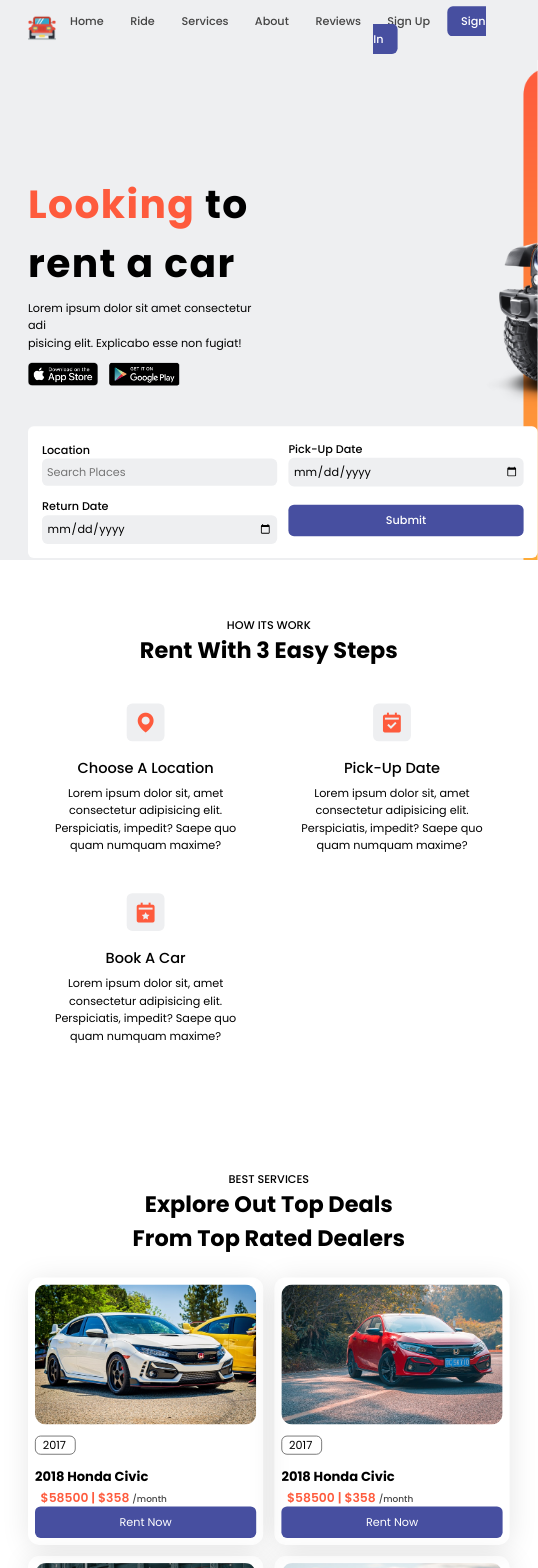
Repository: douglasabnovato/car-rental
Page: index.html
These files come from the project's save history. The page is drawn as it stood at one moment and after the next save; the edit follows.
The browser window is 768 px wide. The pictures show the part of the page from y = 0 to 2240 px (the page is 4778 px tall), at 70% of full size.

Above is the page before, as saved 2025-05-16 21:31:53.

### index.html
<!DOCTYPE html>
<html lang="en">
  <head>
    <meta charset="UTF-8" />
    <meta name="viewport" content="width=device-width, initial-scale=1.0" />
    <title>Car Rental</title>
    <link
      rel="stylesheet"
      href="https://cdn.jsdelivr.net/npm/boxicons@latest/css/boxicons.min.css"
    />
    <link rel="stylesheet" href="./style.css" />
  </head>
  <body>
    <!-- Header -->
    <header>
      <a href="#" class="logo"
        ><img src="./assets/jeep.png" alt="logo da car rental" srcset=""
      /></a>
      <div class="bx bx-menu" id="menu-icon"></div>
      <ul class="navbar">
        <li><a href="#home">Home</a></li>
        <li><a href="#ride">Ride</a></li>
        <li><a href="#services">Services</a></li>
        <li><a href="#about">About</a></li>
        <li><a href="#reviews">Reviews</a></li>
      </ul>
      <div class="header-btn">
        <a href="#" class="sign-up">Sign Up</a>
        <a href="#" class="sign-in">Sign In</a>
      </div>
    </header>

    <!-- Home -->
    <section class="home" id="home">
      <div class="text">
        <h1>
          <span>Looking</span> to <br />
          rent a car
        </h1>
        <p>
          Lorem ipsum dolor sit amet consectetur adi <br />
          pisicing elit. Explicabo esse non fugiat!
        </p>
        <div class="app-stores">
          <img src="./assets/ios.png" alt="" />
          <img src="./assets/play.png" alt="" />
        </div>
      </div>
      <div class="form-container">
        <form action="">
          <div class="input-box">
            <span>Location</span>
            <input type="search" name="" id="" placeholder="Search Places" />
          </div>
          <div class="input-box">
            <span>Pick-Up Date</span>
            <input type="date" name="" id="" />
          </div>
          <div class="input-box">
            <span>Return Date</span>
            <input type="date" name="" id="" />
          </div>
          <input type="submit" name="" id="" class="btn" />
        </form>
      </div>
    </section>

    <!-- Ride -->
    <section class="ride" id="ride">
      <div class="heading">
        <span>How Its Work</span>
        <h1>Rent With 3 Easy Steps</h1>
      </div>
      <div class="ride-container">
        <div class="box">
          <i class="bx bxs-map"></i>
          <h2>Choose A Location</h2>
          <p>
            Lorem ipsum dolor sit, amet consectetur adipisicing elit.
            Perspiciatis, impedit? Saepe quo quam numquam maxime?
          </p>
        </div>
        <div class="box">
          <i class="bx bxs-calendar-check"></i>
          <h2>Pick-Up Date</h2>
          <p>
            Lorem ipsum dolor sit, amet consectetur adipisicing elit.
            Perspiciatis, impedit? Saepe quo quam numquam maxime?
          </p>
        </div>
        <div class="box">
          <i class="bx bxs-calendar-star"></i>
          <h2>Book A Car</h2>
          <p>
            Lorem ipsum dolor sit, amet consectetur adipisicing elit.
            Perspiciatis, impedit? Saepe quo quam numquam maxime?
          </p>
        </div>
      </div>
    </section>

    <!-- Services -->
    <section class="services" id="services">
      <div class="heading">
        <span>Best Services</span>
        <h1>
          Explore Out Top Deals <br />
          From Top Rated Dealers
        </h1>
      </div>
      <div class="services-container">
        <div class="box">
          <div class="box-img">
            <img src="./assets/car1.jpg" alt="car1" />
          </div>
          <p>2017</p>
          <h3>2018 Honda Civic</h3>
          <h2>$58500 | $358 <span> /month</span></h2>
          <a href="#" class="btn">Rent Now</a>
        </div>

        <div class="box">
          <div class="box-img">
            <img src="./assets/car2.jpg" alt="car1" />
          </div>
          <p>2017</p>
          <h3>2018 Honda Civic</h3>
          <h2>$58500 | $358 <span> /month</span></h2>
          <a href="#" class="btn">Rent Now</a>
        </div>

        <div class="box">
          <div class="box-img">
            <img src="./assets/car3.jpg" alt="car1" />
          </div>
          <p>2017</p>
          <h3>2018 Honda Civic</h3>
          <h2>$58500 | $358 <span> /month</span></h2>
          <a href="#" class="btn">Rent Now</a>
        </div>

        <div class="box">
          <div class="box-img">
            <img src="./assets/car4.jpg" alt="car1" />
          </div>
          <p>2017</p>
          <h3>2018 Honda Civic</h3>
          <h2>$58500 | $358 <span> /month</span></h2>
          <a href="#" class="btn">Rent Now</a>
        </div>

        <div class="box">
          <div class="box-img">
            <img src="./assets/car5.jpg" alt="car1" />
          </div>
          <p>2017</p>
          <h3>2018 Honda Civic</h3>
          <h2>$58500 | $358 <span> /month</span></h2>
          <a href="#" class="btn">Rent Now</a>
        </div>

        <div class="box">
          <div class="box-img">
            <img src="./assets/car6.jpg" alt="car1" />
          </div>
          <p>2017</p>
          <h3>2018 Honda Civic</h3>
          <h2>$58500 | $358 <span> /month</span></h2>
          <a href="#" class="btn">Rent Now</a>
        </div>
      </div>
    </section>

    <!-- About -->
    <section class="about" id="about">
      <div class="heading">
        <span>About Us</span>
        <h1>Best Customer Experience</h1>
      </div>
      <div class="about-container">
        <div class="about-img">
          <img src="./assets/about.png" alt="" />
        </div>
        <div class="about-text">
          <span>About Us</span>
          <p>
            Lorem ipsum dolor sit amet consectetur adipisicing elit. Nemo atque
            quidem excepturi sunt est qui corporis iusto quo nobis vitae
            molestias veniam deleniti fugiat, beatae iste doloribus rerum
            officiis iure voluptates perferendis eaque ratione?
          </p>
          <a href="#" class="btn">Learn More</a>
        </div>
      </div>
    </section>

    <!-- Reviews -->
    <section class="reviews" id="reviews">
      <div class="heading">
        <span>Reviews</span>
        <h1>Whats Our Customer Say</h1>
      </div>
      <div class="reviews-container">
        <div class="box">
          <div class="rev-img">
            <img src="./assets/rev1.jpg" alt="" />
          </div>
          <h2>Someone Name</h2>
          <div class="stars">
            <i class="bx bxs-star"></i>
            <i class="bx bxs-star"></i>
            <i class="bx bxs-star"></i>
            <i class="bx bxs-star"></i>
            <i class="bx bxs-star-half"></i>
          </div>
          <p>
            Lorem ipsum dolor sit amet consectetur adipisicing elit. Explicabo
            qui similique laborum hic molestiae. Quaerat ipsa cum sit.
          </p>
        </div>
        <div class="box">
          <div class="rev-img">
            <img src="./assets/rev2.jpg" alt="" />
          </div>
          <h2>Someone Name</h2>
          <div class="stars">
            <i class="bx bxs-star"></i>
            <i class="bx bxs-star"></i>
            <i class="bx bxs-star"></i>
            <i class="bx bxs-star"></i>
            <i class="bx bxs-star-half"></i>
          </div>
          <p>
            Lorem ipsum dolor sit amet consectetur adipisicing elit. Explicabo
            qui similique laborum hic molestiae. Quaerat ipsa cum sit.
          </p>
        </div>
        <div class="box">
          <div class="rev-img">
            <img src="./assets/rev3.jpg" alt="" />
          </div>
          <h2>Someone Name</h2>
          <div class="stars">
            <i class="bx bxs-star"></i>
            <i class="bx bxs-star"></i>
            <i class="bx bxs-star"></i>
            <i class="bx bxs-star"></i>
            <i class="bx bxs-star-half"></i>
          </div>
          <p>
            Lorem ipsum dolor sit amet consectetur adipisicing elit. Explicabo
            qui similique laborum hic molestiae. Quaerat ipsa cum sit.
          </p>
        </div>
      </div>
    </section>

    <!-- Newsletter -->
    <section class="newsletter">
      <h2>Subscribe To Newsletter</h2>
      <div class="box">
        <input type="text" placeholder="Enter Your E-mail ..." />
        <a href="#" class="btn">Subscribe</a>
      </div>
    </section>

    <!-- Copyright -->
    <div class="copyright">
      <p>&#169; @douglasabnovato All Right Reserved</p>
      <div class="social">
        <a href="#"><i class="bx bxl-facebook"></i></a>
        <a href="#"><i class="bx bxl-twitter"></i></a>
        <a href="#"><i class="bx bxl-instagram"></i></a>
      </div>
    </div>

    <!-- Link to JS -->
    <script src="./script.js"></script>
  </body>
</html>

### style.css
@import url("https://fonts.googleapis.com/css2?family=Noto+Sans:ital,wght@0,100..900;1,100..900&family=Poppins:ital,wght@0,100;0,200;0,300;0,400;0,500;0,600;0,700;0,800;0,900;1,100;1,200;1,300;1,400;1,500;1,600;1,700;1,800;1,900&display=swap");

* {
  margin: 0;
  padding: 0;
  box-sizing: border-box;
  scroll-padding-top: 2rem;
  scroll-behavior: smooth;
  list-style: none;
  text-decoration: none;
  font-family: "Poppins", sans-serif;
}

:root {
  --main-color: #fe5b3d;
  --second-color: #ffac38;
  --text-color: #444;
  --gradient: linear-gradient(#fe5b3d, #ffac38);
}

html::-webkit-scrollbar {
  width: 0.5rem;
}

html::-webkit-scrollbar-track {
  background: transparent;
}

html::-webkit-scrollbar-thumb {
  background: var(--main-color);
  border-radius: 5rem;
}

section {
  padding: 50px 100px;
}

/* Header */

header {
  position: fixed;
  width: 100%;
  top: 0;
  right: 0;
  z-index: 1000;
  display: flex;
  align-items: center;
  justify-content: space-between;
  background: #eeeff1;
  padding: 15px 100px;
}

.logo img {
  width: 40px;
}

.navbar {
  display: flex;
}

.navbar li {
  position: relative;
}

.navbar a {
  font-size: 1rem;
  padding: 10px 20px;
  color: var(--text-color);
  font-weight: 500;
}

.navbar a:after {
  content: "";
  width: 0;
  height: 3px;
  background: var(--gradient);
  position: absolute;
  bottom: -4px;
  left: 0;
  transition: 0.5s;
}

.navbar a:hover::after {
  width: 100%;
}

#menu-icon {
  font-size: 24px;
  cursor: pointer;
  z-index: 10001;
  display: none;
}

.header-btn a {
  padding: 10px 20px;
  color: var(--text-color);
  font-weight: 500;
}

.header-btn .sign-in {
  background: #474fa0;
  color: #fff;
  border-radius: 0.5rem;
}

.header-btn .sign-in:hover {
  background: var(--main-color);
}

/* Home */
.home {
  width: 100%;
  min-height: 100vh;
  position: relative;
  background: url(./assets/Car\ Website\ –\ 1@2x.png);
  background-repeat: no-repeat;
  background-position: center right;
  background-size: cover;
  display: grid;
  align-items: center;
  grid-template-columns: repeat(2, 1fr);
}

.text h1 {
  font-size: 3.5rem;
  letter-spacing: 2px;
}

.text span {
  color: var(--main-color);
}

.text p {
  margin: 0.5rem 0 1rem;
}

.app-stores {
  display: flex;
}

.app-stores img {
  width: 100px;
  margin-right: 1rem;
  cursor: pointer;
}

.form-container form {
  display: flex;
  flex-wrap: wrap;
  align-items: center;
  gap: 1rem;
  position: absolute;
  bottom: 4rem;
  left: 100px;
  background: #fff;
  padding: 20px;
  border-radius: 0.5rem;
}

.input-box {
  flex: 1 1 7rem;
  display: flex;
  flex-direction: column;
}

.input-box span {
  font-weight: 500;
}

.input-box input {
  padding: 7px;
  outline: none;
  border: none;
  background: #eeeff1;
  border-radius: 0.5rem;
  font-size: 1rem;
}

.form-container form .btn {
  flex: 1 1 7rem;
  padding: 10px 34px;
  border: none;
  border-radius: 0.5rem;
  background: #474fa0;
  color: #fff;
  font-size: 1rem;
  font-weight: 500;
}

.form-container form .btn:hover {
  background: var(--main-color);
  cursor: pointer;
}

/* Ride */
.heading {
  text-align: center;
}

.heading span {
  font-weight: 500;
  text-transform: uppercase;
}

.heading h1 {
  font-size: 2rem;
}

.ride-container {
  display: grid;
  align-items: center;
  grid-template-columns: repeat(auto-fit, minmax(250px, auto));
  gap: 1rem;
  margin-top: 2rem;
}

.ride-container .box {
  text-align: center;
  padding: 20px;
}

.ride-container .box .bx {
  font-size: 34px;
  padding: 10px;
  background: #eeeff1;
  border-radius: 0.5rem;
  color: var(--main-color);
}

.ride-container .box h2 {
  font-size: 1.3rem;
  font-weight: 500;
  margin: 1.4rem 0 0.5rem;
}

.ride-container .box .bx:hover,
.ride-container .box .bx .bxs-calendar-star {
  background: var(--gradient);
  color: #fff;
}

/* Services */
.services-container {
  display: grid;
  grid-template-columns: repeat(auto-fit, minmax(300px, auto));
  gap: 1rem;
  margin-top: 2rem;
}

.services-container .box {
  padding: 10px;
  border-radius: 1rem;
  box-shadow: 1px 4px 41px rgba(0, 0, 0, 0.1);
}

.services-container .box .box-img {
  width: 100%;
  height: 200px;
}

.services-container .box .box-img img {
  width: 100%;
  height: 100%;
  border-radius: 1rem;
  object-fit: cover;
  object-position: center;
}

.services-container .box p {
  padding: 0 10px;
  border: 1px solid var(--text-color);
  width: 58px;
  border-radius: 0.5rem;
  margin: 1rem 0 1rem;
}

.services-container .box h2 {
  font-size: 1.1rem;
  font-weight: 600;
  color: var(--main-color);
  margin: 0.2rem 0 0 0.5rem;
}

.services-container .box h2 span {
  font-size: 0.8rem;
  font-weight: 500;
  color: var(--text-color);
}

.services-container .box .btn {
  display: flex;
  justify-content: center;
  background: #474fa0;
  color: #fff;
  padding: 10px;
  border-radius: 0.5rem;
}

.services-container .box .btn:hover {
  background: var(--main-color);
}

/* About */
.about-container {
  display: grid;
  grid-template-columns: repeat(2, 1fr);
  margin-top: 2rem;
  align-items: center;
  gap: 1rem;
}

.about-img img {
  width: 100%;
}

.about-text span {
  font-weight: 500;
  color: var(--main-color);
  text-transform: uppercase;
}

.about-text p {
  margin: 0.5rem 0 1.4rem;
}

.about-text .btn {
  padding: 10px 20px;
  background: #474fa0;
  color: #fff;
  border-radius: 0.5rem;
}

.about-text .btn:hover {
  background: var(--main-color);
}

/* Review */
.reviews-container {
  display: grid;
  grid-template-columns: repeat(auto-fit, minmax(250px, auto));
  gap: 1rem;
  margin-top: 2rem;
}

.rev-img {
  width: 70px;
  height: 70px;
}

.rev-img img {
  width: 100%;
  height: 100%;
  border-radius: 50%;
  object-fit: cover;
  object-position: center;
  border: 2px solid var(--second-color);
}

.reviews-container .box {
  display: flex;
  flex-direction: column;
  align-items: center;
  text-align: center;
  padding: 20px;
  box-shadow: 1px 4px 41px rgba(0, 0, 0, 0.1);
  border-radius: 0.5rem;
}

.reviews-container .box h2 {
  font-size: 1.1rem;
  font-weight: 600;
  margin: 0.5rem 0 0.5rem;
}

.reviews-container .box p {
  font-style: italic;
}

.reviews-container .box .stars .bx {
  color: var(--main-color);
}

/* Newsletter */
.newsletter {
  background: linear-gradient(to top right, #fe5b3d, #ffac38);
  display: flex;
  flex-direction: column;
  align-items: center;
}

.newsletter h2 {
  color: #fff;
  font-size: 1.8rem;
}

.newsletter .box {
  margin-top: 1rem;
  background: #fff;
  border-radius: 0.5rem;
  padding: 4px 8px;
  width: 350px;
  display: flex;
  justify-content: space-between;
}

.newsletter .box input {
  border: none;
  outline: none;
}

.newsletter .box .btn {
  background: #474fa0;
  color: #fff;
  padding: 8px 20px;
  border-radius: 0.5rem;
}

/* Copyright */
.copyright {
  padding: 20px;
  display: flex;
  justify-content: space-between;
  align-items: center;
}

.social a {
  color: #444;
  padding: 10px;
  font-size: 21px;
  transition: font-size 2s;
}

.social a:hover {
  font-size: 24px;
  color: #fe5b3d;
}

/* Responsive */

@media (max-width: 991px){
    header {
        padding: 18px 40px;
    }
    section {
        padding: 80px 40px;
    }
}

@media (max-width: 891px){
    .home {
        background-position: left;
    }
    .form-container form {
        bottom: .2rem;
        left: 40px;
    }
}

Loaded but not shown: script.js (no stored copy; drawn as an empty file)

After the next save:
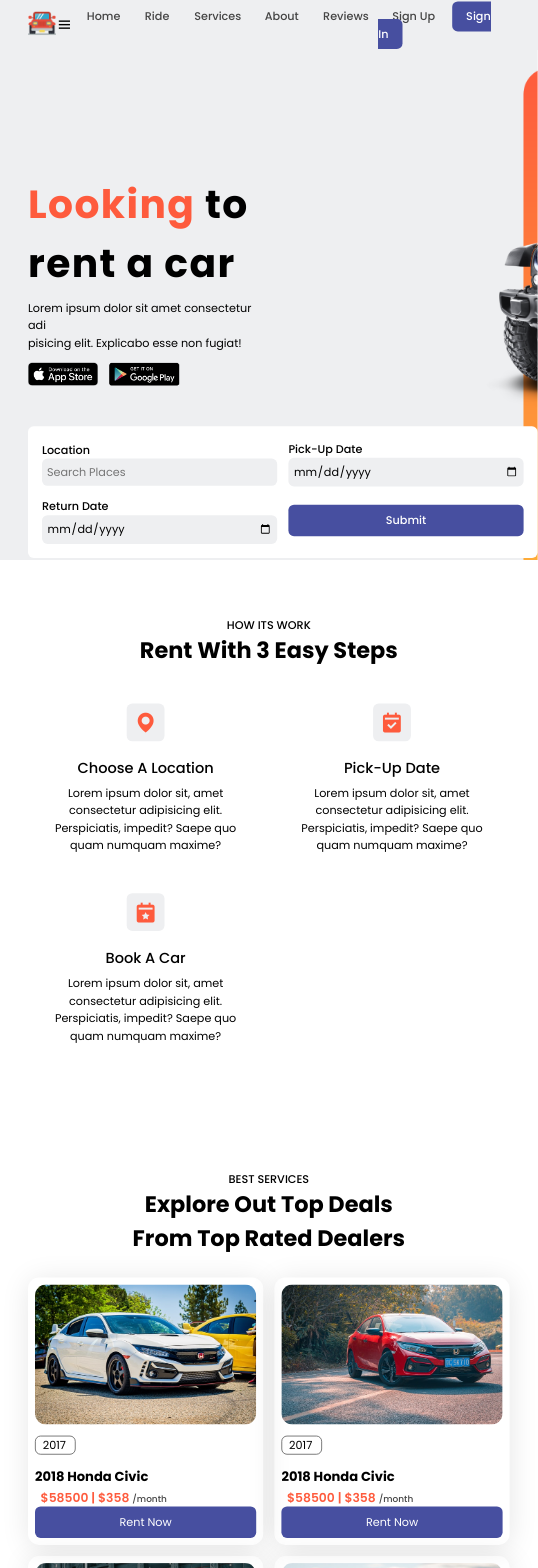
Saved 57 s later.
--- a/style.css
+++ b/style.css
@@ -455,3 +455,12 @@ header {
         left: 40px;
     }
 }
+
+@media (max-width: 768px){
+    header {
+        padding: 11px 40px;
+    }
+    #menu-icon {
+        display: initial;
+    }
+}
